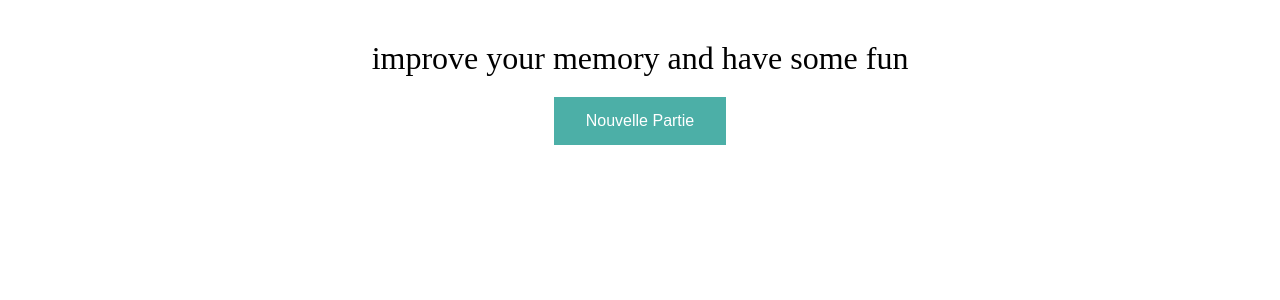
Repository: karim-sebih/react-memory
Page: / (app in react-memory/Memory/)
An editor plug-in stored every save of this project. The page is shown before and after a run of saves, followed by the edit.
The browser window is 1280 px wide. The pictures show the whole page.
The project was rebuilt for these pictures with package versions that can differ from the ones it lists, and the page was loaded fresh each time. Also part of the build but not shown: react-memory/Memory/vite.config.js.

Above is the page before, as saved 2025-05-22 10:32:14.

After the next 2 saves:
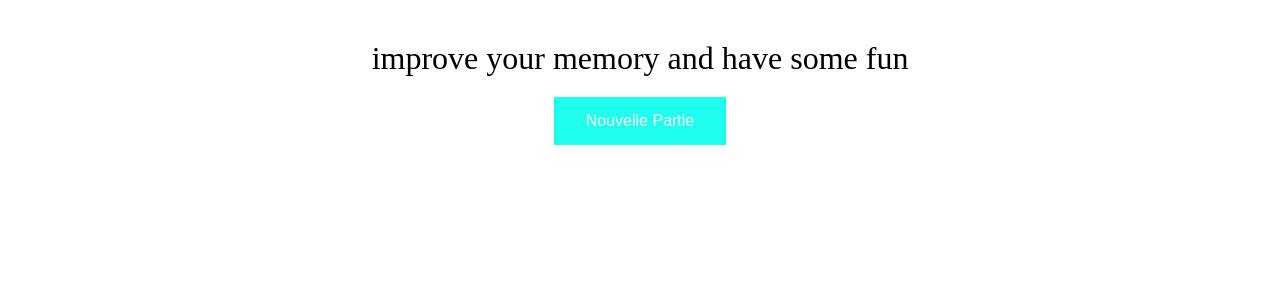
The 2 saves are shown as one change because they came seconds apart.
The last was saved 7 s later.
--- a/react-memory/Memory/src/components/button.css
+++ b/react-memory/Memory/src/components/button.css
@@ -1,5 +1,5 @@
 .new-game-button {
-  background-color: #4cafa7;
+  background-color: #1dffec;
   border: none;
   color: white;
   padding: 15px 32px;
